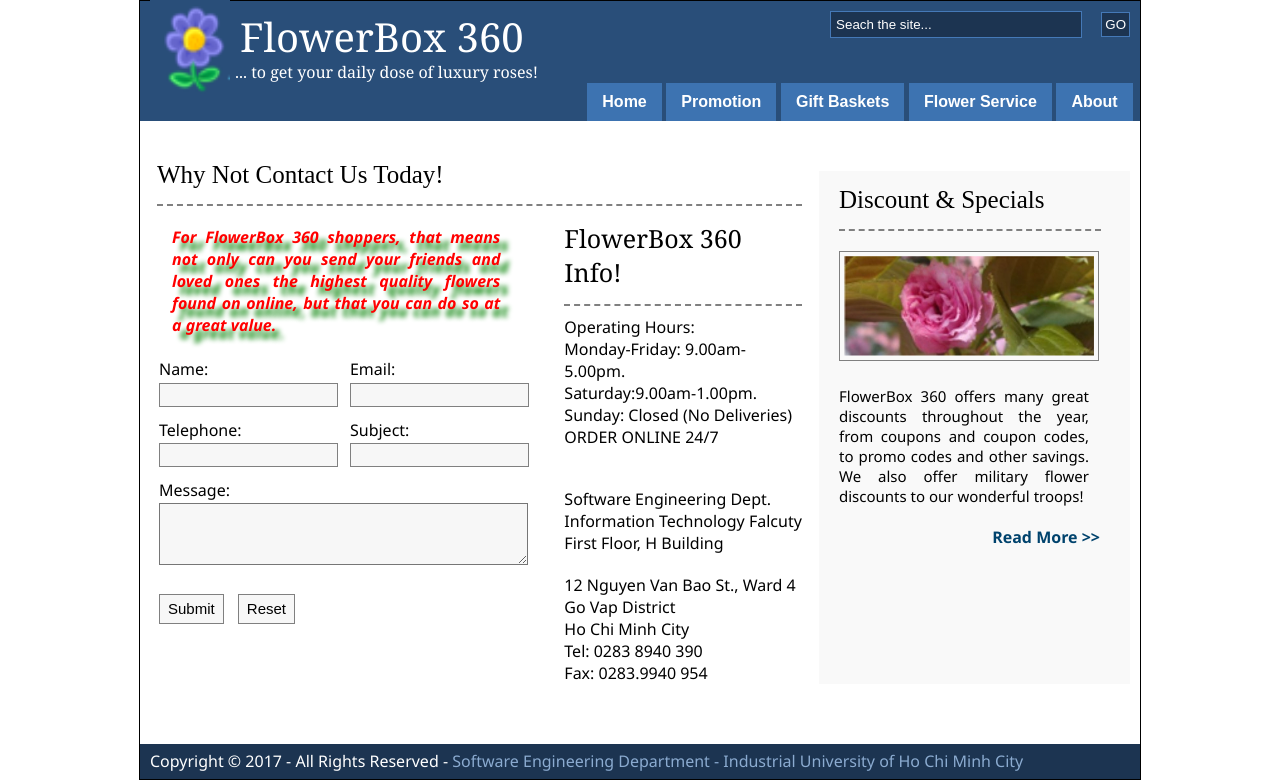
Repository: thu1365/BTKT_WEB
Page: HTML/btkt.html
An editor plug-in stored every save of this project. The page is shown before and after the next save, followed by the edit.
The browser window is 1280 px wide. The pictures show the whole page.

Above is the page before, as saved 2023-03-11 21:39:10.

### HTML/btkt.html
<!DOCTYPE html>
<html lang="en">

<head>
    <meta charset="UTF-8">
    <meta http-equiv="X-UA-Compatible" content="IE=edge">
    <meta name="viewport" content="width=device-width, initial-scale=1.0">
    <title>21025781-Lê Minh Thư</title>
    <style>
        * {
            padding: 0;
            margin: 0 auto;
        }

        .wrapper {
            width: 1000px;
            background-color: #fff;
            border: 1px solid black;
        }

        header {
            position: relative;
            width: 1000px;
            height: 120px;
            background-color: #294e79;
            font-family: Georgia, 'Times New Roman', Times, serif;
        }

        .logo {
            position: relative;
            left: 10px;
            bottom: 15px;
            width: 80px;
            height: 130px;
        }

        .name1 {
            font-size: 40px;
            color: #fff;
            position: absolute;
            left: 100px;
            top: 8px;
        }

        .name2 {
            color: #fff;
            position: absolute;
            left: 95px;
            top: 60px;
        }

        #search1 {
            background-color: #1c3451;
            border: 1px solid #4579b7;
            color: #fff;
            margin-right: 15px;
            width: 250px;
            height: 25px;
        }

        #search1::placeholder {
            padding-left: 5px;
            color: #fff;
        }

        #search2 {
            background-color: #1c3451;
            border: 1px solid #4579b7;
            color: #fff;
            height: 25px;
            padding: 0 3px;
        }

        .search_form {
            position: absolute;
            top: 10px;
            right: 10px;
        }

        .nav {
            display: flex;
            width: 550px;
            position: absolute;
            bottom: 0px;
            right: 5px;
            font-family: Arial, Helvetica, sans-serif;
        }

        .nav_item {
            position: relative;
            padding: 10px 15px;
            background-color: #3d73b1;
        }

        .nav_item:hover {
            background-color: #8babd0;
        }

        .nav_item a {
            color: white;
            font-weight: bold;
            text-decoration: none;
        }

        .nav1 {
            display: none;
            position: absolute;
            top: 39px;
            left: 0px;
            width: 180px;
            height: 60px;
            background-color: #8babd0;
        }

        .nav2 {
            box-sizing: border-box;
            padding-left: 15px;
            line-height: 30px;
            height: 50%;
            border: 1px solid rgb(158, 196, 240);
            color: white;
        }

        .nav_item:hover .nav1 {
            display: block;
            background-color: #9bbbe0;
        }

        .nav2:hover {
            background-color: #edf6ff;
            cursor: pointer;
        }

        .container {
            font-family: 'Segoe UI', Tahoma, Geneva, Verdana, sans-serif;
            padding-bottom: 60px;
            width: 100%;
            display: flex;
        }

        .Left {
            display: flex;
            width: 70%;
            justify-content: space-between;
            flex-wrap: wrap;
        }

        .p1 {
            width: 55%;
        }

        .p2 {
            width: 35%;
        }

        .p3 {
            background-color: #f9f9f9;
            width: 30%;
            padding-left: 20px;
            margin-top: 50px;
            margin-right: 10px;
        }

        .Left1 {
            font-family: 'Times New Roman', Times, serif;
            width: 95%;
            padding: 40px 0px 15px 0px;
            font-size: 25px;
            border-bottom: 2px dashed gray;
        }

        .p1_1 {
            padding: 20px 30px 20px 15px;
            text-align: justify;
            color: red;
            font-style: italic;
            font-family: 'Segoe UI', Tahoma, Geneva, Verdana, sans-serif;
            text-shadow: 8px 8px 5px green;
        }

        table input {
            height: 22px;
            margin-right: 10px;
            margin-bottom: 10px;
            background-color: #f7f7f7;
            border: 1px solid gray;
        }

        table textarea {
            background-color: #f7f7f7;
        }

        .p1_sub {
            box-sizing: border-box;
            margin-top: 20px;
            height: 30px;
            font-size: 15px;
            padding: 0 8px;
            line-height: 28px;
            border: 1px solid gray;
        }

        .p2_1 {
            font-family: Georgia, 'Times New Roman', Times, serif;
            padding: 15px 0px 15px;
            width: 100%;
            font-size: 25px;
            border-bottom: 2px dashed gray;
        }

        .p2_2 {
            font-family: 'Segoe UI', Tahoma, Geneva, Verdana, sans-serif;
            padding: 10px 0 40px 0;
        }

        .p2_3 {
            font-family: 'Segoe UI', Tahoma, Geneva, Verdana, sans-serif;
        }

        .p2_4 {
            font-family: 'Segoe UI', Tahoma, Geneva, Verdana, sans-serif;
            padding-top: 20px;
        }

        .p3_1 {
            font-family: 'Times New Roman', Times, serif;
            padding: 15px 0px 15px;
            width: 90%;
            margin-right: 30px;
            font-size: 25px;
            border-bottom: 2px dashed gray;
        }

        .p3_anh {
            width: 250px;
            height: 100px;
            padding: 4px;
            margin: 20px 0;
            border: 1px solid gray;
        }

        .p3_2 {
            width: 250px;
            margin-right: 30px;
            float: left;
            text-align: justify;
            font-family: 'Segoe UI', Tahoma, Geneva, Verdana, sans-serif;
            font-size: 15px;
            display: block;
        }

        .p3_3 {
            color: #00436d;
            font-weight: bold;
            margin-right: 30px;
            float: right;
            padding-top: 20px;
            text-decoration: none;
        }

        footer {
            background-color: #1c3451;
            height: 35px;
        }

        #footer_1 {
            font-family: 'Segoe UI', Tahoma, Geneva, Verdana, sans-serif;
            padding-left: 10px;
            color: #8babd0;
            line-height: 35px;
        }

        #footer_1 .white {
            color: #fff;
        }
    </style>
</head>

<body>
    <div class="wrapper">
        <header>
            <img src="/IMAGE/AnhLogo.PNG" alt="" class="logo">
            <p class="name1">FlowerBox 360</p>
            <p class="name2">... to get your daily dose of luxury roses!</p>
            <form action="" class="search_form">
                <input type="text" name="" id="search1" placeholder="Seach the site...">
                <input id="search2" type="button" value="GO">
            </form>
            <div class="nav">
                <div class="nav_item"><a href="">Home</a></div>
                <div class="nav_item"><a href="">Promotion</a></div>
                <div class="nav_item"><a href="">Gift Baskets</a></div>
                <div class="nav_item"><a href="">Flower Service</a>
                    <div class="nav1">
                        <div class="nav2"><b>Flower for Wedding</b></div>
                        <div class="nav2"><b>Flower for Conference</b></div>

                    </div>
                </div>
                <div class="nav_item"><a href="">About</a></div>
            </div>
        </header>
        <div class="container">
            <div class="Left">
                <p class="Left1">Why Not Contact Us Today!</p>
                <div class="p1">
                    <p class="p1_1"><b>For FlowerBox 360 shoppers, that means not only can you send your friends and loved ones the highest quality flowers found on online, but that you can do so at a great value.</b></p>
                    <form action="" class="c1_form">
                        <table>
                            <tr>
                                <td><label for="name_ip">Name:</label></td>
                                <td><label for="mail_ip">Email:</label></td>
                            </tr>
                            <tr>
                                <td><input type="text" name="" id="name_ip"></td>
                                <td><input type="email" name="" id="mail_ip"></td>
                            </tr>
                            <tr>
                                <td><label for="tel_ip">Telephone:</label></td>
                                <td><label for="sub_ip">Subject:</label></td>
                            </tr>
                            <tr>
                                <td><input type="tel" name="" id="tel_ip"></td>
                                <td><input type="text" name="" id="sub_ip"></td>
                            </tr>
                            <tr>
                                <td colspan="2"><label for="mess_ip">Message:</label></td>
                            </tr>
                            <tr>
                                <td colspan="2"> <textarea name="" id="mess_ip" cols="44" rows="4"></textarea></td>
                            </tr>
                            <tr>
                                <tr>
                                    <td><input class="p1_sub" type="button" value="Submit"> <input class="p1_sub" type="button" value="Reset"></td>
                                </tr>
                            </tr>
                        </table>

                    </form>
                </div>
                <div class="p2">
                    <p class="p2_1">FlowerBox 360 Info!</p>
                    <p class="p2_2">Operating Hours: <br> Monday-Friday: 9.00am-5.00pm.<br> Saturday:9.00am-1.00pm.
                        <br> Sunday: Closed (No Deliveries)<br> ORDER ONLINE 24/7
                    </p>
                    <p class="p2_3">
                        Software Engineering Dept. <br> Information Technology Falcuty<br> First Floor, H Building
                    </p>
                    <p class="p2_4">
                        12 Nguyen Van Bao St., Ward 4<br> Go Vap District<br> Ho Chi Minh City<br> Tel: 0283 8940 390<br> Fax: 0283.9940 954
                    </p>


                </div>
            </div>
            <div class="p3">
                <p class="p3_1">Discount & Specials</p>
                <img src="/IMAGE/Hoa.jpg" alt="" class="p3_anh">
                <p class="p3_2">FlowerBox 360 offers many great discounts throughout the year, from coupons and coupon codes, to promo codes and other savings. We also offer military flower discounts to our wonderful troops!</p>
                <a class="p3_3" href="">Read More >></a>
            </div>
        </div>
        <footer>
            <p id="footer_1"><span class="white">Copyright © 2017 - All Rights Reserved -</span> Software Engineering Department - Industrial University of Ho Chi Minh City</p>
        </footer>
    </div>
</body>

</html>

After the next save:
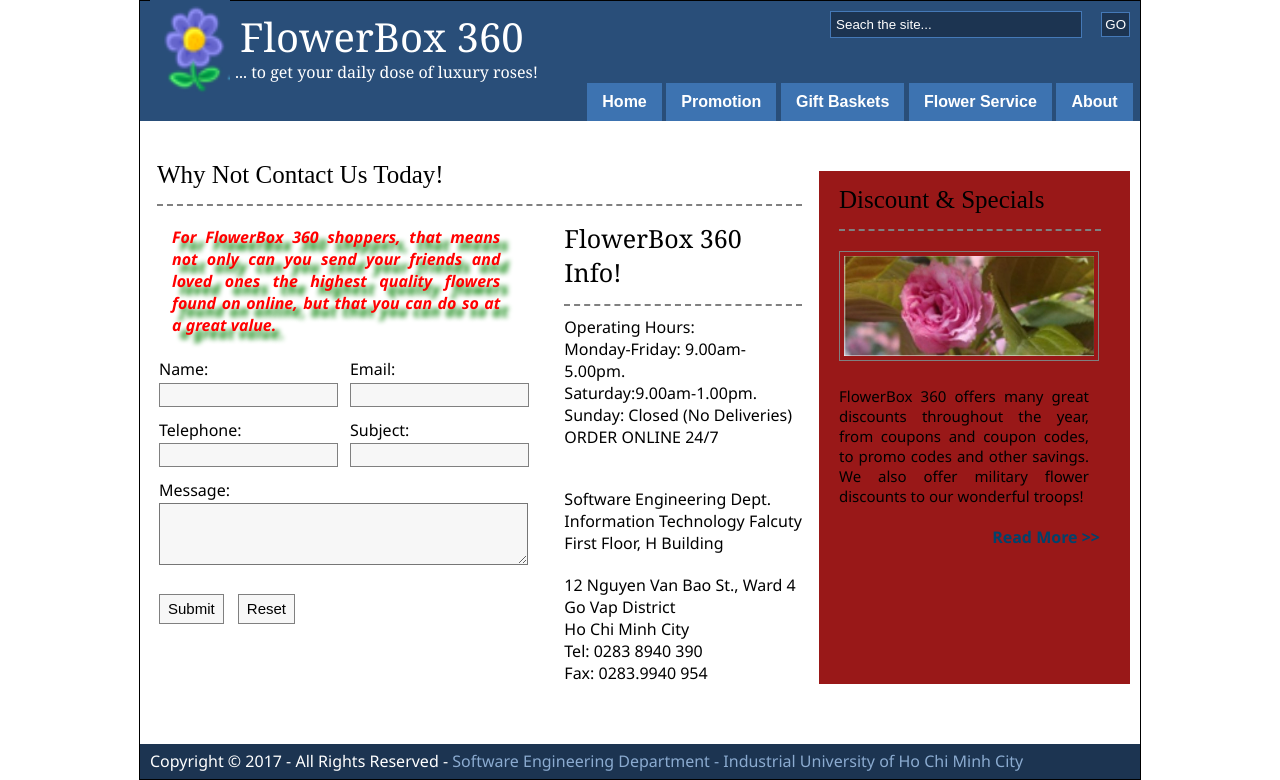
Saved 7 s later.
--- a/HTML/btkt.html
+++ b/HTML/btkt.html
@@ -154,7 +154,7 @@
         }
 
         .p3 {
-            background-color: #f9f9f9;
+            background-color: #991818;
             width: 30%;
             padding-left: 20px;
             margin-top: 50px;
